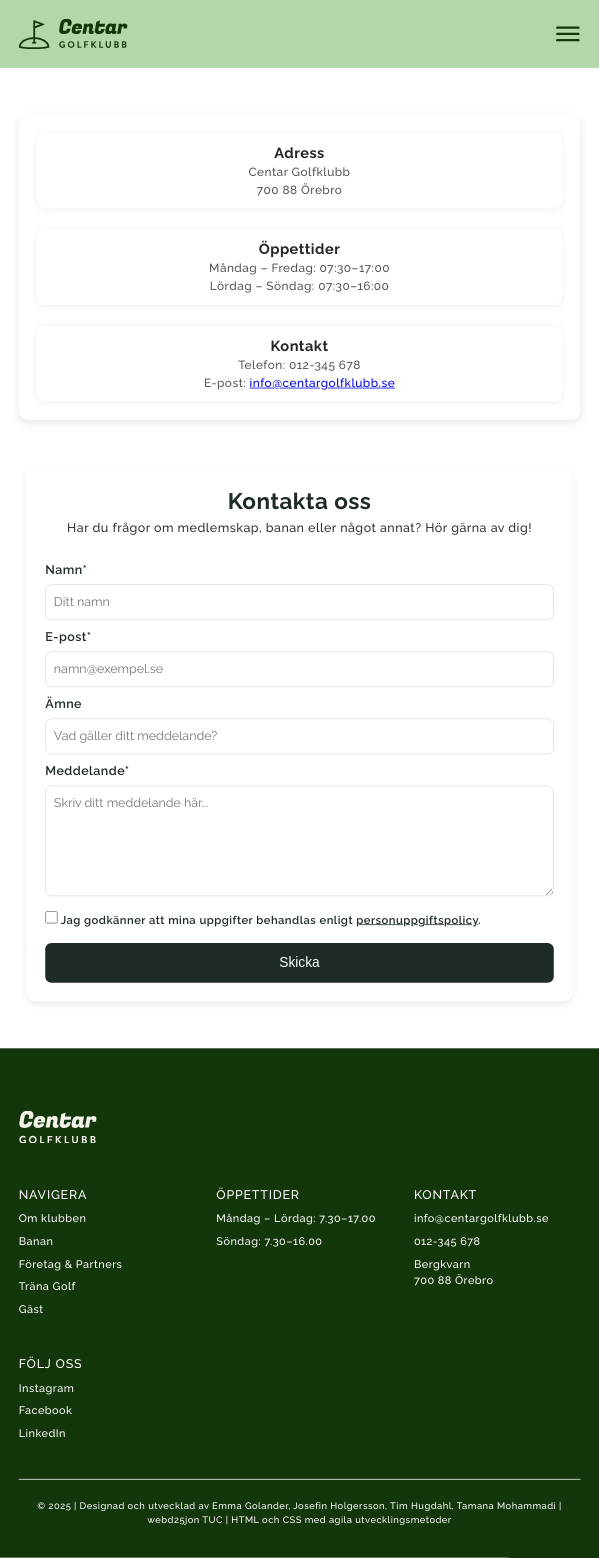
Repository: Tamana831/GolfklubbCentar
Page: kontakt.html
These files come from the project's save history. The page is drawn as it stood at one moment and after the next save; the edit follows.
The browser window is 768 px wide. The pictures show the whole page, at 78% of full size.

Above is the page before, as saved 2025-10-24 00:33:11.

After the next save:
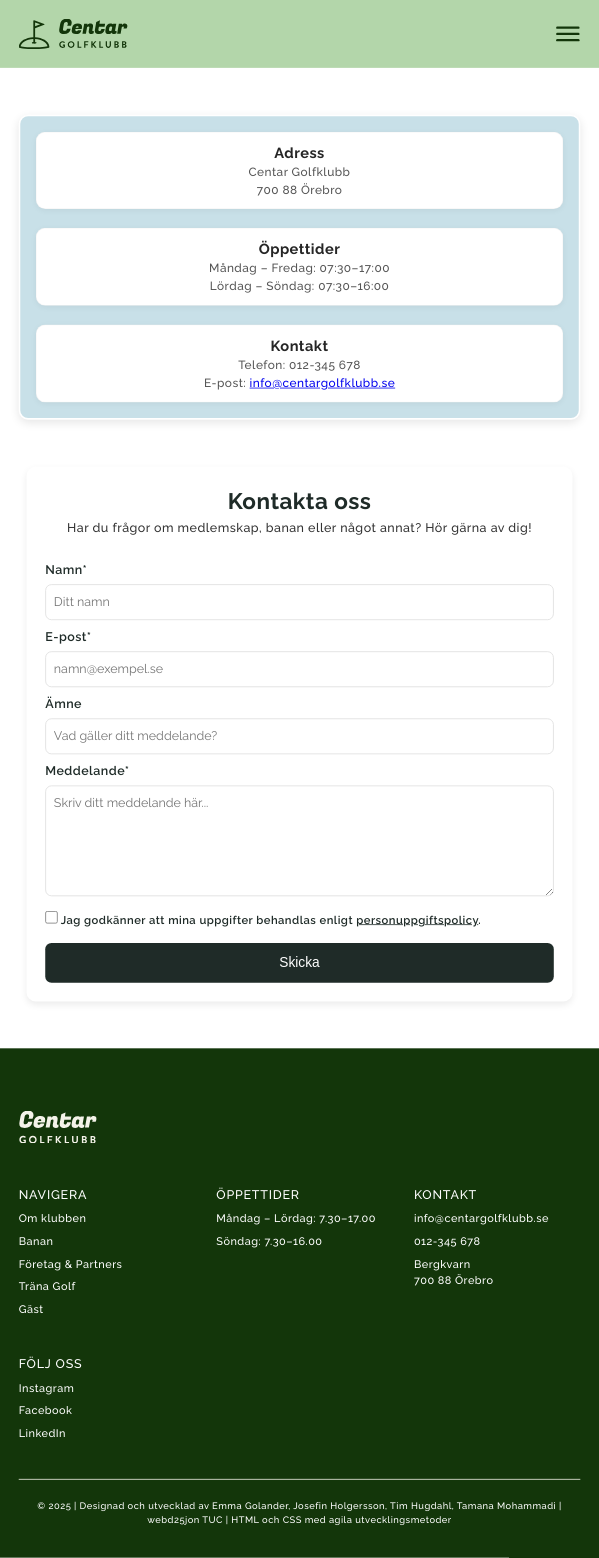
Saved 2 min 32 s later.
--- a/styles/kontakt.css
+++ b/styles/kontakt.css
@@ -8,43 +8,35 @@
   margin: 60px auto;
   border: 2px solid #fff;
   border-radius: 12px;
-  background: #fff;
-  box-shadow: 0 4px 12px rgba(0,0,0,0.1);
+  background: #C8E0E8; /* bakgrundsfärg för hela kontaktboxen */
+  box-shadow: 0 4px 12px rgba(0, 0, 0, 0.1);
   overflow: hidden;
   padding: 24px;
   flex-wrap: wrap;
-  background: #fff; /* bakgrundsfärg för hela kontaktboxen */
-  box-shadow: 0 4px 12px rgba(0, 0, 0, 0.1);
-  padding: 24px;
-  flex-wrap: nowrap;
-  overflow: hidden;
+}
 
-}
-,background: #C8E0E8; /* bakgrundsfärg för hela kontaktboxen */{
+.background {
   flex: 1;
   display: flex;
   justify-content: center;
   align-items: center;
   padding: 20px;
+  background: transparent;
 }
 
 .contact-card {
   flex: 1;
   min-width: 260px;
   text-align: center;
-  background: #fff;
+  background: #fff; /* färg för varje liten box */
   border-radius: 12px;
-  padding: 20px;
+  padding: 12px;
   display: flex;
   flex-direction: column;
   justify-content: center;
   border: 1px solid rgba(0,0,0,0.04);
   box-shadow: 0 2px 8px rgba(0,0,0,0.05);
   transition: transform 0.2s ease;
-  flex: 1;
-  padding: 12px;
-  transition: 0.2s ease;
-  background: #fff; /* färg för varje liten box */
 }
 
 .contact-card:hover {
@@ -149,48 +141,12 @@
   text-decoration: none;
 }
 
-
 /* --- RESPONSIVT --- */
 @media (max-width: 768px) {
   .contact-wrapper {
     flex-direction: column;
-    flex-wrap: wrap;
-  }
-
-/* Responsiv design – staplas på mobil */
-@media (max-width: 768px) {
-  .contact-wrapper {
-    flex-direction: column;
-
     padding: 20px;
-  }
-}
-  .contact-card {
-    width: 100%;
-  }
-
-
-.contact-card:hover {
-  transform: translateY(-3px);
-}
-
-.contact-card h2 {
-  font-size: 1.2rem;
-  margin-bottom: 10px;
-  color: #1f2b28;
-}
-
-.contact-card p {
-  font-size: 0.95rem;
-  color: #555;
-  line-height: 1.5;
-}
-}
-/* Responsiv design – staplas på mobil */
-@media (max-width: 768px) {
-  .contact-wrapper {
-    flex-direction: column;
-    padding: 20px;
+    flex-wrap: nowrap;
   }
 
   .contact-card {
